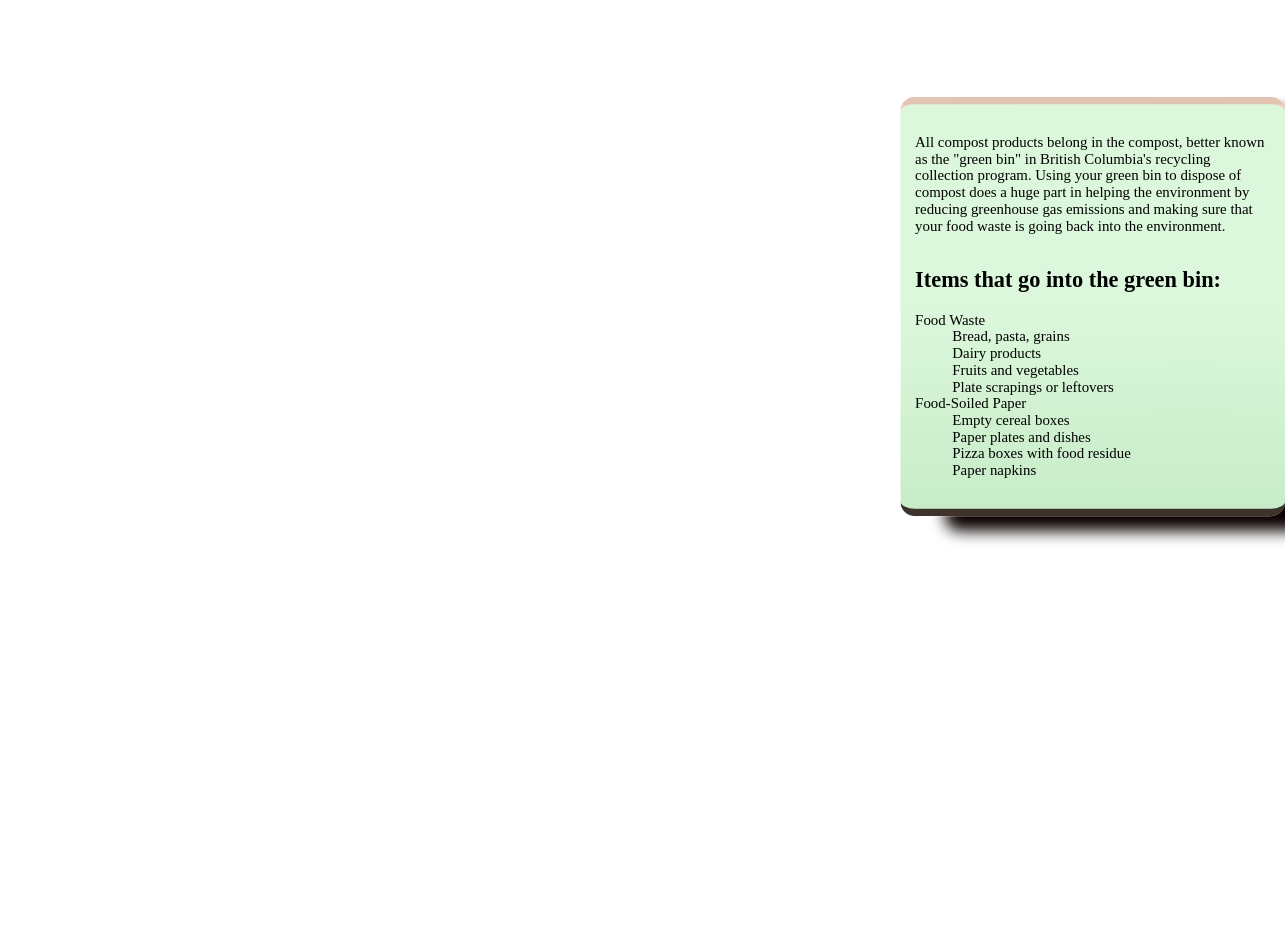
Repository: alemunden/Trash-Scavengers
Page: /InfoCompost
These files come from the project's save history. The page is drawn as it stood at one moment and after the next save; the edit follows.
The browser window is 1280 px wide. The page is 1382 px wide, so the pictures cover 1382 px, including what lies to the right of the window. The pictures show the whole page, at 93% of full size.
The project was rebuilt for these pictures with package versions that can differ from the ones it lists, and the page was loaded fresh each time. The framework's server and built-in components were replaced by stand-ins that run in the browser. Also part of the build but not shown: next.config.mjs.

Above is the page before, as saved 2024-05-07 14:57:55.

### pages/InfoCompost.js
import styles from "@/styles/InfoCompost.module.css";

export default function InfoCompost() {
    return(
        <>
            <div className={styles.main}>
                <div className={styles.textContainer}>
                    <p>All compost products belong in the compost, better known as the "green bin" in British Columbia's recycling collection program. Using your green bin to dispose of compost does a huge part in helping the environment by reducing greenhouse gas emissions and making sure that your food waste is going back into the environment.</p>
                    <div>
                        <h2>Items that go into the green bin:</h2>
                        <dl>
                            <dt>Food Waste</dt>
                                <dd>Bread, pasta, grains</dd>
                                <dd>Dairy products</dd>
                                <dd>Fruits and vegetables</dd>
                                <dd>Plate scrapings or leftovers</dd>
                            <dt>Food-Soiled Paper</dt>
                                <dd>Empty cereal boxes</dd>
                                <dd>Paper plates and dishes</dd>
                                <dd>Pizza boxes with food residue</dd>
                                <dd>Paper napkins</dd>
                        </dl>
                    </div>
                </div>
            </div>
        </>
    )
}

### styles/globals.css
:root {
    --white: #FFFFFF;
    --black: #000;
    --light-green: #B4E88C;
    --light-blue: #9EBAE5;
    --light-gray: #c5c5c5;
    --light-yellow: #F3CD70;
    --light-pink: #F3D9D9;
    --medium-green: #429600;
    --gold: #ED9F26;

}

html, body {
    overflow-x: hidden;
    background-color: var(--white);
    height: 896px;
    width: 414px;
    position: absolute;
    left: 30rem;
    top: 3rem;
  }

main {
    padding: 1rem;
  }

li {
    list-style-type: none;
    cursor: pointer;
    margin: 1rem;
    width: 100%;
    padding: 0.5rem;
    color: #000105;
    background-color: var(--light-blue);
    border-radius: 1rem;
    border-bottom: 6px solid #7893bb;
    font-family: "Righteous", sans-serif;
    text-align: center;
    font-size: 1.5rem;
  }

.liHover:hover {
    background-color: #7893bb;
    columns: #fff;
}

.liSelected {
    color: #fff;
    background-color: #000925;
}

.homePageCard {
  margin-left: -5%;
  margin-top: 48%;
}

.searchBar {
  margin-left: -5%;
  margin-bottom: -48%;
}

.logInAndSettings {
  margin-left: 63%;
  margin-right: -5%;
  margin-top: 8%;
}

.dateIndex {
  font-family: 'Righteous';
  margin-bottom: -18%;
  margin-top: 8%;
}

.searchBarInfo {
  margin-left: -5%;
  margin-top: -0.1%;
}

.logInSettingsInfo {
  margin-left: 63%;
  margin-right: -5%;
  padding-left: 19px;
  padding-bottom: -10px;
  margin-top: 8%;
}

.infoCard {
  margin-left: -5%;
}

.logInSettingsDepots {
  margin-left: 64%;
  margin-right: -5%;
  padding-left: 9px;
  margin-top: 8%;
}

.searchBarDepots {
  margin-left: -5%;
}

.depotsCard {
  margin-left: -5%;
}

.logInSettingsYourDepots {
  margin-left: 50%;
  margin-right: -5%;
  padding-left: 65px;
  margin-top: 8%;
}

.searchBarYourDepots {
  margin-left: -5%;
}

.yourDepotsCard {
  margin-left: -5%;
}

.becDepotPage {
  font-family: 'Righteous';
  text-decoration: underline;
  margin-top: -200px;
  margin-left: 15%;
}

.depotsNavBar {
  margin-top: 165px;
}

### styles/InfoCompost.module.css
.main {
    display: flex;
    justify-content: center;
}

.textContainer {
    padding: 1rem;
    display: flex;
    flex-direction: column;
    background-image: linear-gradient(180deg, rgba(185, 240, 185,0.5) 50%, rgba(145, 217, 145,0.5) 100%);
    border-radius: 1rem;
    border-top: 0.5rem solid rgba(255, 159, 159, 0.5);
    border-bottom: 0.5rem solid rgba(26, 0, 0, 0.8);
    box-shadow: 3rem 1rem 1rem #0b0000;
}

Loaded but not shown: pages/_app.js (common file); pages/_document.js (common file)

After the next save:
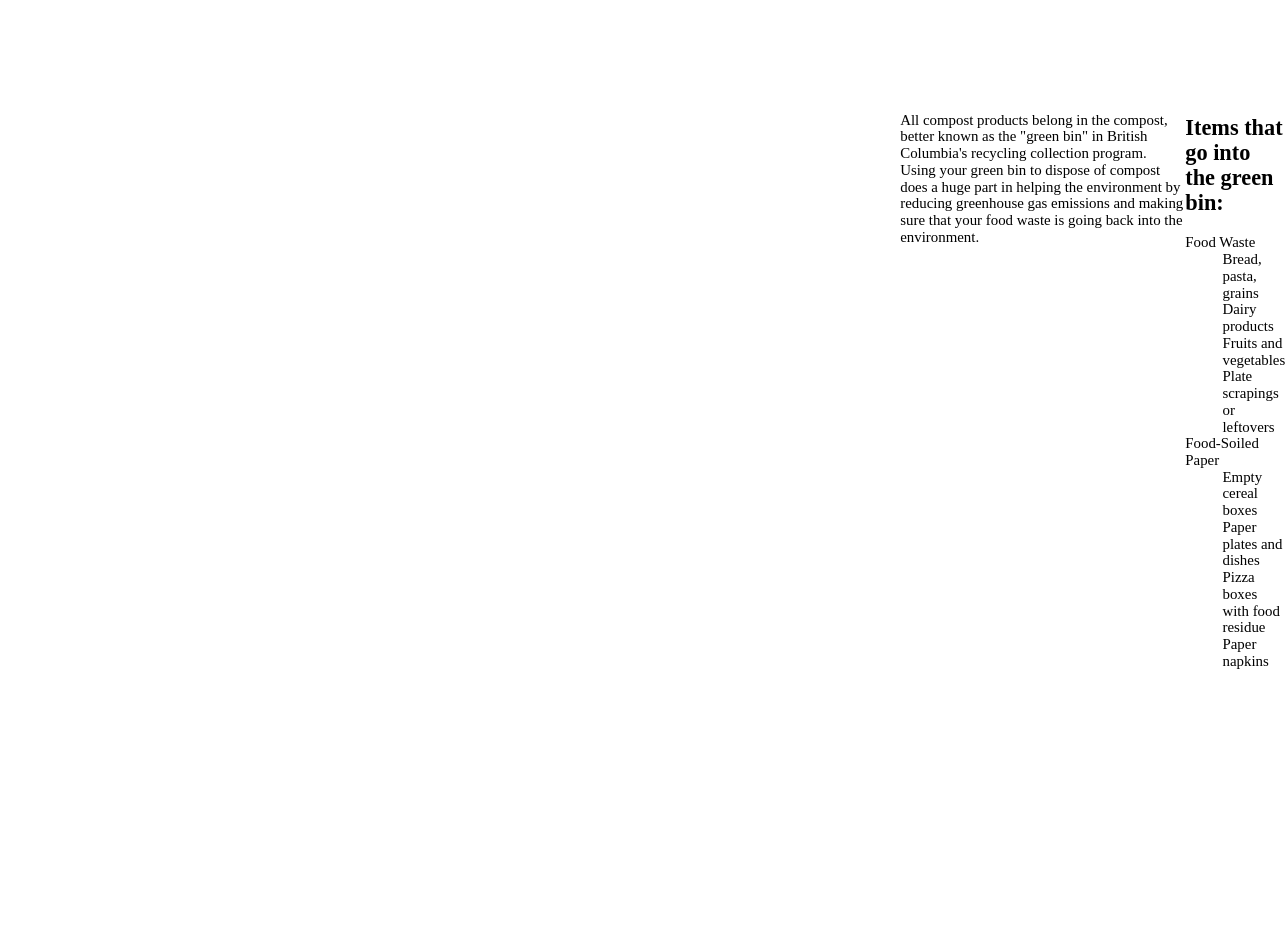
Saved 102 s later.
--- a/pages/InfoCompost.js
+++ b/pages/InfoCompost.js
@@ -4,7 +4,6 @@ export default function InfoCompost() {
     return(
         <>
             <div className={styles.main}>
-                <div className={styles.textContainer}>
                     <p>All compost products belong in the compost, better known as the "green bin" in British Columbia's recycling collection program. Using your green bin to dispose of compost does a huge part in helping the environment by reducing greenhouse gas emissions and making sure that your food waste is going back into the environment.</p>
                     <div>
                         <h2>Items that go into the green bin:</h2>
@@ -21,7 +20,6 @@ export default function InfoCompost() {
                                 <dd>Paper napkins</dd>
                         </dl>
                     </div>
-                </div>
             </div>
         </>
     )

After the save that followed:
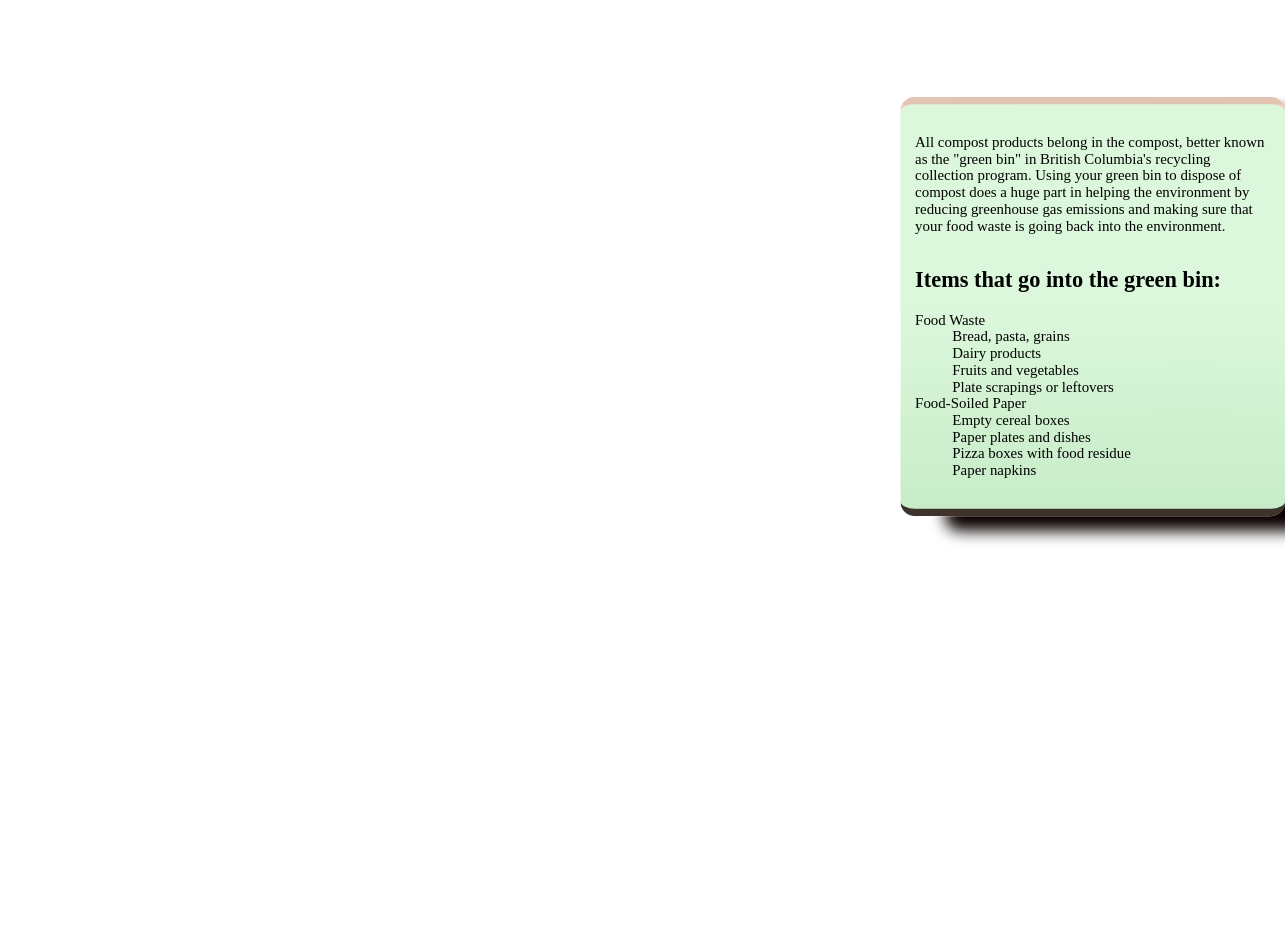
Saved 18 s later.
--- a/styles/InfoCompost.module.css
+++ b/styles/InfoCompost.module.css
@@ -1,9 +1,6 @@
 .main {
     display: flex;
     justify-content: center;
-}
-
-.textContainer {
     padding: 1rem;
     display: flex;
     flex-direction: column;
